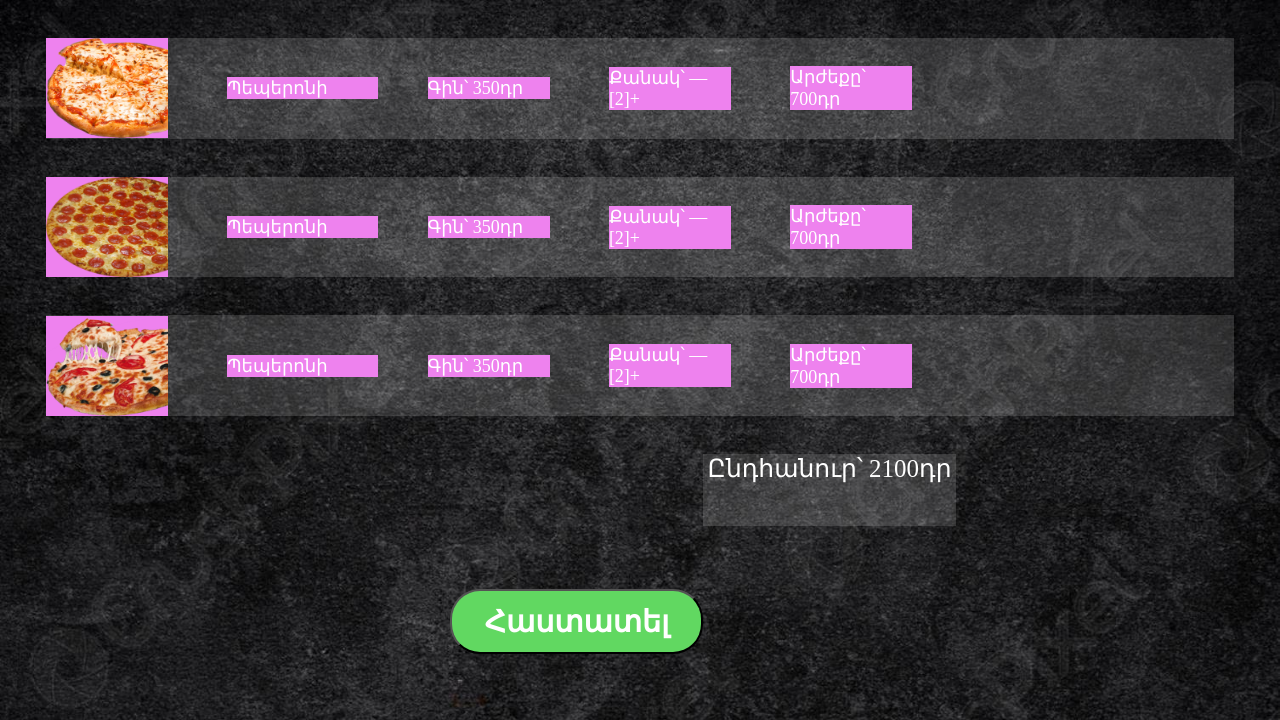
Repository: NarekTovmasyan/PizzaManue
Page: public/basket.html
An editor plug-in stored every save of this project. The page is shown before and after the next save, followed by the edit.
The browser window is 1280 px wide. The pictures show the whole page.

Above is the page before, as saved 2022-01-20 15:23:11.

### public/basket.html
<!DOCTYPE html>
<html lang="en">
<head>
    <meta charset="UTF-8">
    <meta http-equiv="X-UA-Compatible" content="IE=edge">
    <meta name="viewport" content="width=device-width, initial-scale=1.0">
    <link rel="stylesheet" href="basket.css">
    <title>BASKET</title>

</head>
<body>
    <div class= "main">
        <div class ="prop">
            <div class="pizza1Img"></div>
            <div>Պեպերոնի</div>
            <div>Գին՝ 350դր</div>
            <div>Քանակ՝ —[2]+ </div>
            <div class = "value">Արժեքը՝ 700դր</div>
            <div></div>
         </div>
        <div class ="prop">
            <div class="pizza2Img"></div>
            <div>Պեպերոնի</div>
            <div>Գին՝ 350դր</div>
            <div>Քանակ՝ —[2]+ </div>
            <div class = "value">Արժեքը՝ 700դր</div>
            <div></div>
        </div>
        <div class ="prop">
            <div class="pizza3Img"></div>
            <div>Պեպերոնի</div>
            <div>Գին՝ 350դր</div>
            <div>Քանակ՝ —[2]+ </div>
            <div class = "value" >Արժեքը՝ 700դր</div>
            <div></div>
        </div>
        <div class ="sum">Ընդհանուր՝ 2100դր</div>
         <button class = "confirm">Հաստատել</button>
    </div>
</body>
</html>

### public/basket.css
body {
    background-image: url(./images/background.jpg);
    background-repeat: no-repeat;
    background-size: cover;
  }
 .main{
      width: 100%;
      height: 80vh;
}
.prop{
  background-color: rgba(255, 255, 255, 0.144) ;
  width: 94%;
  height: 14vh;
  margin-top: 3%;
  margin-left: 3%;
  display: grid;
  grid-template-columns: 1fr 1fr 1fr 1fr 1fr 1fr 1fr;
  column-gap: 100px;
  justify-content: center;
  align-items: center;
  color:white ;
  font-size: 18px;
}
 .prop >  div{
    background-color: violet;
    width: 150%;
 }
.sum{
    background-color: rgba(255, 255, 255, 0.144) ;
    width: 20%;
    height: 10vh;
    margin-top: 3%;
    margin-left: 55%;
    font-size: 25px;
    font-weight: 500;
    text-align:center;
    color:white;
}

.confirm{
    background-color:rgb(97, 216, 97);
    height: 9vh;
    width: 20%;
    border-radius: 30px;
    text-align:center;
    font-size: 30px;
    font-weight: 700;
    margin-left:35%;
    margin-top: 5%;
    color:white;
    cursor: pointer;
}
.confirm:hover {
    background-color: rgb(216, 250, 216);
    color: black
  }
.pizza1Img{
    background-image: url(./images/pizza1.png);
    height:100px;
    width: 160px;
    background-size: cover;
}
.pizza2Img{
    background-image: url(./images/resize-16426253651557335988pizza2\ \(1\).png);
    height:100px;
    width: 160px;
    background-size: cover;
}
.pizza3Img{
    background-image: url(./images/pizza3.png);
    height:100px;
    width: 160px;
    background-size: cover;
}

After the next save:
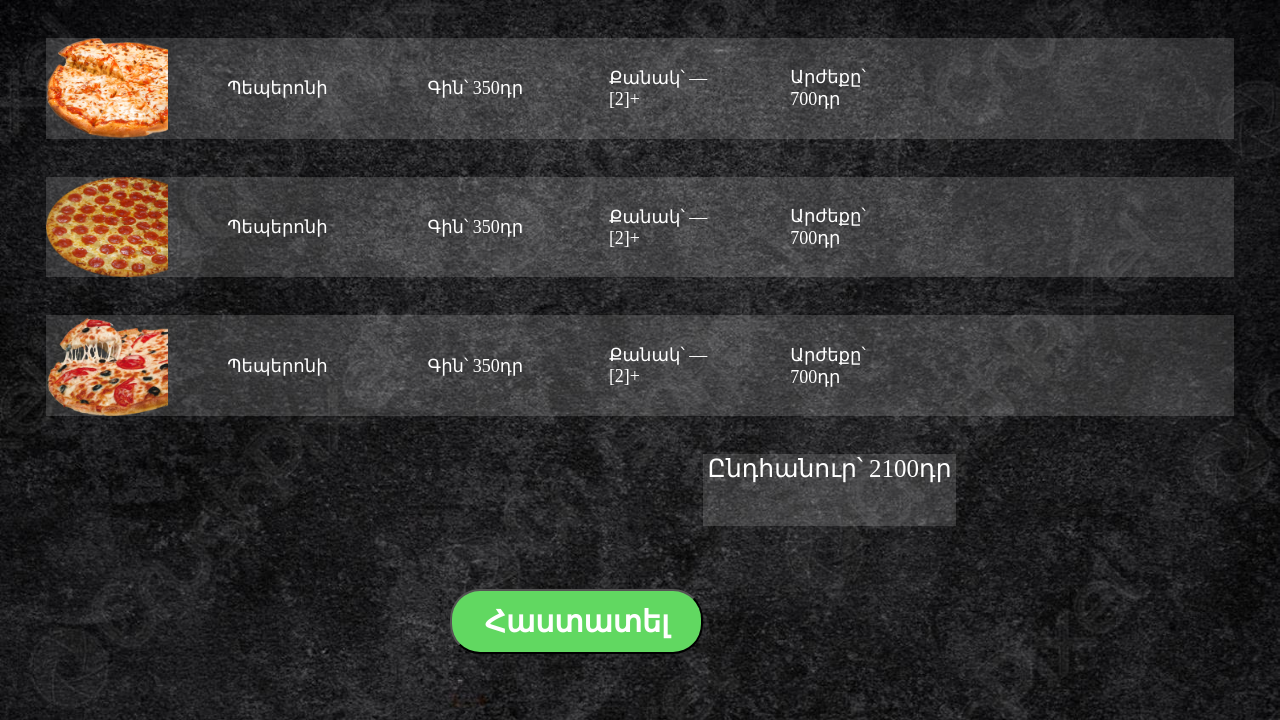
Saved 29 s later.
--- a/public/basket.css
+++ b/public/basket.css
@@ -22,7 +22,6 @@ body {
   font-size: 18px;
 }
  .prop >  div{
-    background-color: violet;
     width: 150%;
  }
 .sum{
